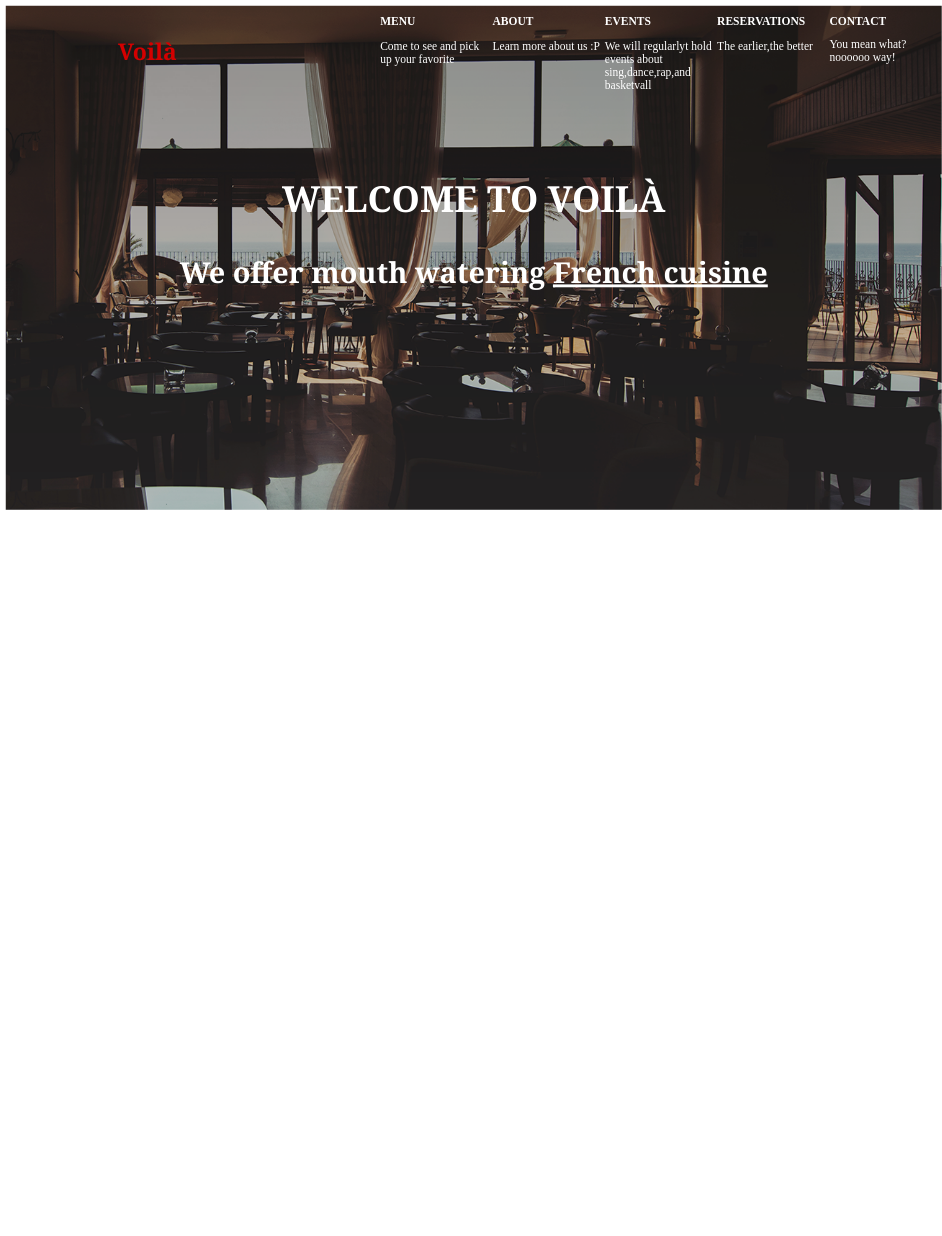
Repository: sis-shen/HTML_vsc
Page: adc_v2/index.html
An editor plug-in stored every save of this project. The page is shown before and after the next save, followed by the edit.
The browser window is 1280 px wide. The page is 1308 px wide, so the pictures cover 1308 px, including what lies to the right of the window. The pictures show the whole page, at 72% of full size.

Above is the page before, as saved 2023-08-14 08:33:43.

### adc_v2/index.html
<!DOCTYPE html>
<html lang="zh-CN">
<head>
    <meta charset="UTF-8">
    <meta name="viewport" content="width=device-width, initial-scale=1.0">
    <title>王八餐厅</title>
    <link rel="stylesheet" href="style.css">
    <link rel="shotcut icon" href="img/王者.png">
</head>
<body>
    <div class="top-box">
        <div class="nav">
            <div class="t-left"><h1>Voilà </h1></div>

            <div class="t-right">
                <div class="nav-box"><h2>MENU</h2>
                    <p>Come to see and pick up your favorite</p></div>
                <div class="nav-box"><h2>ABOUT</h2>
                    <p>Learn more about us :P</p></div>
                <div class="nav-box"><h2>EVENTS</h2>
                    <p>We will regularlyt hold events about sing,dance,rap,and basketvall</p></div>
                <div class="nav-box"><h2>RESERVATIONS</h2>
                    <p>The earlier,the better</p></div>
                <div class="nav-box"><h2>CONTACT</h2>
                    You mean what?noooooo way!</div>
            </div>
        </div>

        <h1 id="wel">WELCOME TO VOILÀ</h1>
        <h3>We offer mouth watering <u>French cuisine</u></h3>


    </div>
</body>
</html>

### adc_v2/style.css
body {
    box-sizing: border-box;
    font-family:Georgia, 'Times New Roman', Times, serif;

}

.top-box{
    margin:auto;

    width: 1300px;
    height: 700px;
    background-image: url("img/top.png");
    padding-bottom: 1000px;
    background-repeat: no-repeat;

}

.nav {
    width: 100%;
    height: 200px;
    /* background-color: rgba(0, 255, 255, 0.207); */
    display: flex;
}

.t-left{
    height:100%;
    width: 40%;
    /* background-color: rgba(255, 0, 0, 0.236); */
}

.t-right{
    display: flex;
    height: 100%;
    width:60%;
    font-family: 微软雅黑;
}

.nav-box{
    width: 20%;
    height: 100%;
    /* background-color: rgba(255, 255, 0, 0.149); */
    color: #fff;
}

.top-box h2{
    font-size:medium
}

.t-left h1{
    color:rgb(212, 0, 0);
    position: relative;
    left:30%;
    top:20px;
}

#wel{
    text-align: center;
    color: #fff;

    font-size: 50px;
}

.top-box h3{
    text-align: center;
    color: #fff;
    font-size: 40px;
}

After the next save:
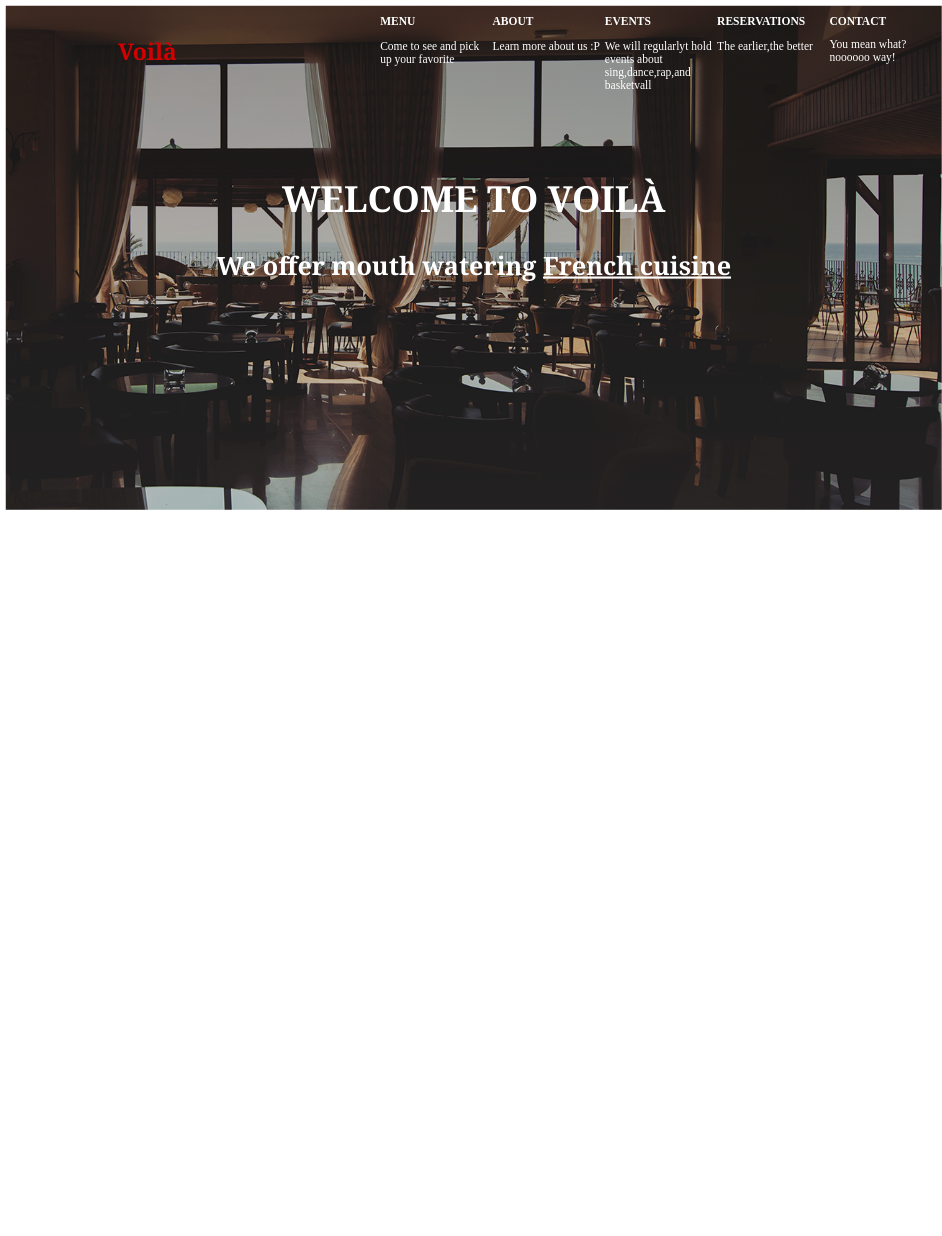
Saved 7 s later.
--- a/adc_v2/style.css
+++ b/adc_v2/style.css
@@ -63,5 +63,5 @@ body {
 .top-box h3{
     text-align: center;
     color: #fff;
-    font-size: 40px;
+    font-size: 35px;
 }
